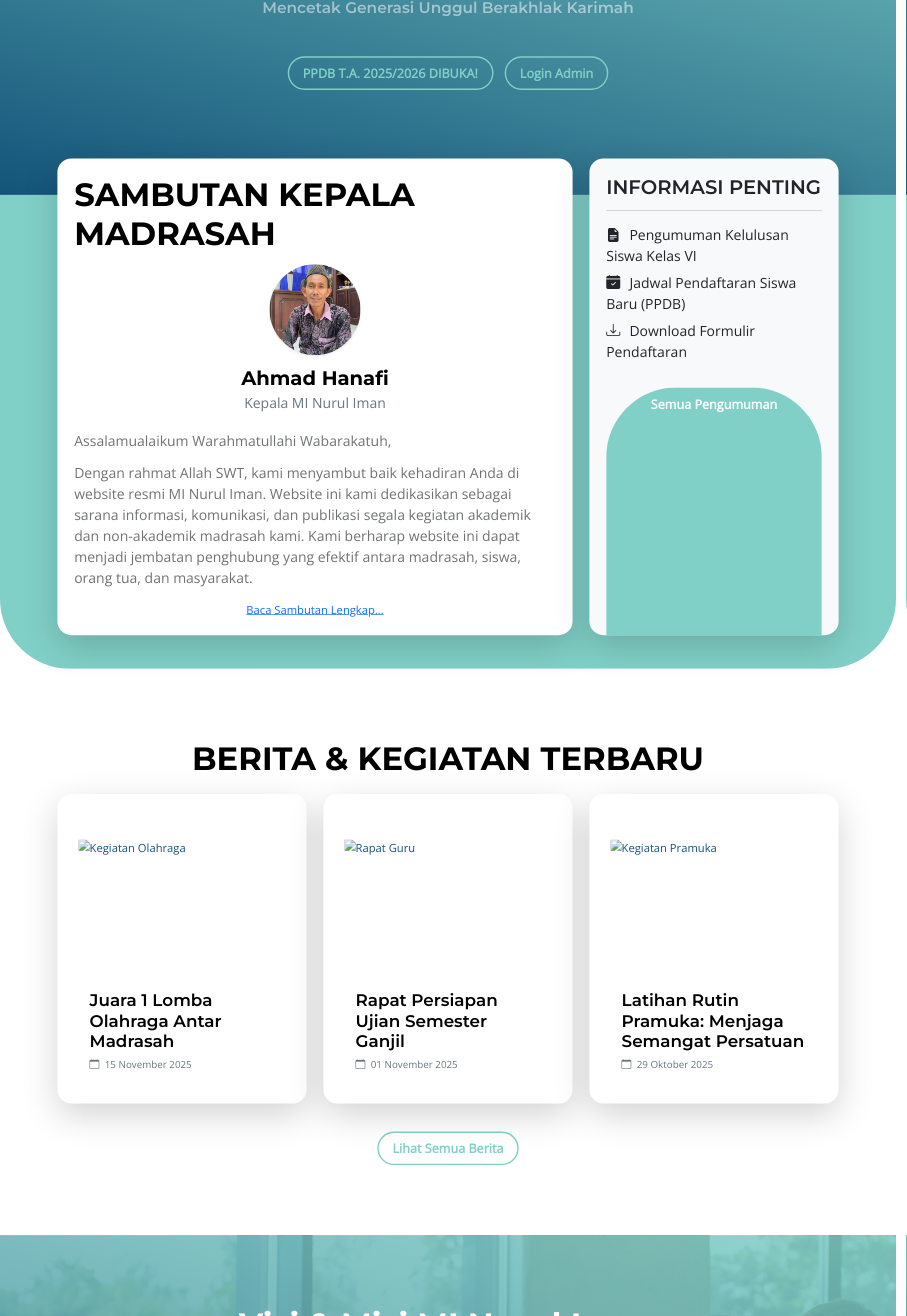
Repository: MKennyChaniago/sekolah-mi-nurul-iman
Page: resources/views/home.blade.php
The author's editor kept a copy of each file at every save. The page is drawn from the files as they stood at one save, then again after the next save.
The browser window is 1280 px wide. The page is 1295 px wide, so the pictures cover 1295 px, including what lies to the right of the window. The pictures show the part of the page from y = 349 to 2229 px (the page is 4651 px tall before and 4524 px after), at 70% of full size.
The page is served by the project's Laravel application, run on PHP 8.4 with Laravel 12. Other server files are loaded and not shown. The template is opened directly, without the code that normally fills it, so the values that code supplies are empty.

Above is the page before, as saved 2025-12-16 01:31:26.
Console error: TypeError: Cannot read properties of undefined (reading 'top')

### routes/web.php
<?php

use Illuminate\Support\Facades\Route;
use App\Http\Controllers\HomeController;
use App\Http\Controllers\Auth\LoginController;
use App\Http\Controllers\Admin\DashboardController;
// ... import controller lainnya ...
use App\Http\Controllers\Admin\BeritaController;
use App\Http\Controllers\Admin\GuruController;
use App\Http\Controllers\Admin\SiswaController;
use App\Http\Controllers\Admin\GaleriController;
use App\Http\Controllers\Admin\ProfilController;
use App\Http\Controllers\Admin\AkademikController;
use App\Http\Controllers\Admin\KesiswaanController;

/*
|--------------------------------------------------------------------------
| A. JALUR OTENTIKASI
|--------------------------------------------------------------------------
*/
// PERBAIKAN: Hapus "->middleware('guest')" dari sini!
Route::get('login', [LoginController::class, 'showLoginForm'])->name('login');

Route::post('login', [LoginController::class, 'login']);
Route::post('logout', [LoginController::class, 'logout'])->name('logout');


/*
|--------------------------------------------------------------------------
| B. JALUR FRONTEND (PUBLIK)
|--------------------------------------------------------------------------
*/
Route::get('/', [HomeController::class, 'index'])->name('home');

Route::prefix('profil')->group(function () {
    Route::get('/sejarah', [HomeController::class, 'sejarah'])->name('profil.sejarah');
    Route::get('/visi-misi', [HomeController::class, 'visiMisi'])->name('profil.visi_misi');
    Route::get('/struktur-organisasi', [HomeController::class, 'struktur'])->name('profil.struktur');
});

Route::get('/berita', [HomeController::class, 'berita'])->name('berita.listing');
Route::get('/berita/{slug}', [HomeController::class, 'detailBerita'])->name('berita.detail');
Route::get('/guru-staff', [HomeController::class, 'guru'])->name('akademik.guru_staff');
Route::get('/galeri', [HomeController::class, 'galeri'])->name('galeri');
Route::get('/kontak', [HomeController::class, 'kontak'])->name('kontak');
Route::get('/kesiswaan', [HomeController::class, 'kesiswaan'])->name('kesiswaan');
Route::get('/kurikulum', [HomeController::class, 'kurikulum'])->name('akademik.kurikulum');
Route::get('/produk-hukum', [HomeController::class, 'produkHukum'])->name('akademik.produk_hukum');

/*
|--------------------------------------------------------------------------
| C. JALUR BACKEND (ADMINISTRATOR)
|--------------------------------------------------------------------------
*/
Route::prefix('admin')->name('admin.')->middleware('auth')->group(function () {

    // Redirect /admin ke dashboard
    Route::get('/', function () {
        return redirect()->route('admin.dashboard');
    });

    Route::get('/dashboard', [DashboardController::class, 'index'])->name('dashboard');

    // Resource Routes
    Route::resource('berita', BeritaController::class);
    Route::resource('guru', GuruController::class);
    Route::resource('galeri', GaleriController::class);

    // Custom Routes
    Route::get('/siswa', [SiswaController::class, 'index'])->name('siswa.index');

    Route::get('/sejarah', [ProfilController::class, 'editSejarah'])->name('sejarah');
    Route::put('/sejarah', [ProfilController::class, 'updateSejarah'])->name('sejarah.update');

    Route::get('/visi-misi', [ProfilController::class, 'editVisiMisi'])->name('visimisi');
    Route::put('/visi-misi', [ProfilController::class, 'updateVisiMisi'])->name('visimisi.update');

    Route::get('/struktur', [ProfilController::class, 'editStruktur'])->name('struktur');
    Route::put('/struktur', [ProfilController::class, 'updateStruktur'])->name('struktur.update');

    Route::get('/kurikulum', [AkademikController::class, 'kurikulum'])->name('kurikulum.index');
    Route::get('/produk-hukum', [AkademikController::class, 'produkHukum'])->name('produk_hukum.index');
    Route::get('/ekstrakurikuler', [KesiswaanController::class, 'ekskul'])->name('ekstrakurikuler.index');
    Route::get('/program-unggulan', [KesiswaanController::class, 'program'])->name('program.index');
});

### resources/views/home.blade.php
@extends('layouts.frontend')

@section('title', 'Beranda')

@section('content')

    <section class="hero-section d-flex justify-content-center align-items-center" id="section_1">
        <div class="container">
            <div class="row">
                <div class="col-lg-8 col-12 mx-auto">

                    <h1 class="text-white text-center">MADRASAH HEBAT BERMARTABAT</h1>
                    <h4 class="text-white text-center">SELAMAT DATANG DI MI NURUL IMAN</h4>
                    <h6 class="text-center text-white-50 mt-3">Mencetak Generasi Unggul Berakhlak Karimah</h6>

                    <form method="get" class="custom-form mt-4 pt-2 mb-lg-0 mb-3" action="#" role="search">
                        </form>

                    <div class="text-center mt-4 d-flex justify-content-center flex-wrap">
                        <a href="{{ route('kontak') }}" class="btn btn-warning custom-btn custom-border-btn me-lg-3 mb-2 mb-lg-0">PPDB T.A. 2025/2026 DIBUKA!</a>
                        <a href="{{ route('login') }}" class="btn custom-btn custom-border-btn">Login Admin</a>
                    </div>
                </div>
            </div>
        </div>
    </section>

    <section class="featured-section py-5">
        <div class="container">
            <div class="row justify-content-center">

                <div class="col-lg-8 col-12 mb-4 mb-lg-0">
                    <div class="custom-block bg-white shadow-lg p-4">
                        <h2 class="mb-3">SAMBUTAN KEPALA MADRASAH</h2>
                        <div class="text-center mb-4">
                            <img src="{{ asset('images/kepala/kepala-madrasah.jpeg') }}"
                                class="rounded-circle shadow-sm mb-3"
                                style="width:130px;height:130px;object-fit:cover;"
                                alt="Kepala Madrasah">

                            <h4 class="fw-bold mb-1">Ahmad Hanafi</h4>
                            <p class="text-muted mb-0">Kepala MI Nurul Iman</p>
                        </div>

                        <p>Assalamualaikum Warahmatullahi Wabarakatuh,</p>
                        <p>Dengan rahmat Allah SWT, kami menyambut baik kehadiran Anda di website resmi MI Nurul Iman. Website ini kami dedikasikan sebagai sarana informasi, komunikasi, dan publikasi segala kegiatan akademik dan non-akademik madrasah kami. Kami berharap website ini dapat menjadi jembatan penghubung yang efektif antara madrasah, siswa, orang tua, dan masyarakat.</p>
                        <a href="#" class="btn btn-link p-0">Baca Sambutan Lengkap...</a>
                    </div>
                </div>

                <div class="col-lg-4 col-12">
                    <div class="custom-block custom-block-overlay p-4 bg-light shadow-lg">
                        <h4 class="mb-3 text-dark">INFORMASI PENTING</h4>
                        <hr>
                        <ul class="list-unstyled">
                             <li><a href="#" class="text-dark d-block py-1"><i class="bi-file-earmark-text-fill me-2"></i> Pengumuman Kelulusan Siswa Kelas VI</a></li>
                             <li><a href="#" class="text-dark d-block py-1"><i class="bi-calendar-check-fill me-2"></i> Jadwal Pendaftaran Siswa Baru (PPDB)</a></li>
                             <li><a href="#" class="text-dark d-block py-1"><i class="bi-download me-2"></i> Download Formulir Pendaftaran</a></li>
                        </ul>
                        <a href="#" class="btn custom-btn btn-sm mt-3">Semua Pengumuman</a>
                    </div>
                </div>

            </div>
        </div>
    </section>

    <section class="explore-section section-padding bg-white" id="berita-artikel">
        <div class="container">
            <div class="row">
                <div class="col-12 text-center">
                    <h2 class="mb-4">BERITA & KEGIATAN TERBARU</h2>
                </div>
            </div>
        </div>

        <div class="container">
            <div class="row">
                <div class="col-12">
                    <div class="row">
                        <div class="col-lg-4 col-md-6 col-12 mb-4">
                            <div class="custom-block bg-white shadow-lg">
                                <a href="#">
                                    <img src="{{ asset('images/berita/kegiatan-olahraga.jpg') }}" class="custom-block-image img-fluid" alt="Kegiatan Olahraga">
                                    <div class="d-flex p-3">
                                        <div>
                                            <h5 class="mb-2">Juara 1 Lomba Olahraga Antar Madrasah</h5>
                                            <p class="mb-0 text-muted small"><i class="bi-calendar me-1"></i> 15 November 2025</p>
                                        </div>
                                    </div>
                                </a>
                            </div>
                        </div>
                        <div class="col-lg-4 col-md-6 col-12 mb-4">
                            <div class="custom-block bg-white shadow-lg">
                                <a href="#">
                                    <img src="{{ asset('images/berita/rapat-guru.jpg') }}" class="custom-block-image img-fluid" alt="Rapat Guru">
                                    <div class="d-flex p-3">
                                        <div>
                                            <h5 class="mb-2">Rapat Persiapan Ujian Semester Ganjil</h5>
                                            <p class="mb-0 text-muted small"><i class="bi-calendar me-1"></i> 01 November 2025</p>
                                        </div>
                                    </div>
                                </a>
                            </div>
                        </div>
                        <div class="col-lg-4 col-md-6 col-12 mb-4">
                            <div class="custom-block bg-white shadow-lg">
                                <a href="#">
                                    <img src="{{ asset('images/berita/pramuka.jpg') }}" class="custom-block-image img-fluid" alt="Kegiatan Pramuka">
                                    <div class="d-flex p-3">
                                        <div>
                                            <h5 class="mb-2">Latihan Rutin Pramuka: Menjaga Semangat Persatuan</h5>
                                            <p class="mb-0 text-muted small"><i class="bi-calendar me-1"></i> 29 Oktober 2025</p>
                                        </div>
                                    </div>
                                </a>
                            </div>
                        </div>

                        <div class="col-12 text-center mt-3">
                             <a href="#" class="btn custom-btn custom-border-btn">Lihat Semua Berita</a>
                        </div>
                    </div>
                </div>
            </div>
        </div>
    </section>

    <section class="timeline-section section-padding" id="visi-misi">
        <div class="section-overlay"></div>
        <div class="container">
            <div class="row">
                <div class="col-12 text-center">
                    <h2 class="text-white mb-4">Visi & Misi MI Nurul Iman</h1>
                </div>

                <div class="col-lg-10 col-12 mx-auto">
                    <div class="timeline-container">
                        <ul class="vertical-scrollable-timeline" id="vertical-scrollable-timeline">
                            <div class="list-progress">
                                <div class="inner"></div>
                            </div>

                            <li>
                                <h4 class="text-white mb-3">Visi Madrasah</h4>
                                <p class="text-white">Menjadi madrasah unggul yang melahirkan generasi cerdas, mandiri, dan berakhlak mulia di era digital.</p>
                                <div class="icon-holder">
                                  <i class="bi-brightness-high"></i>
                                </div>
                            </li>

                            <li>
                                <h4 class="text-white mb-3">Misi 1: Keunggulan Akademik</h4>
                                <p class="text-white">Meningkatkan mutu pembelajaran berbasis teknologi untuk mencapai prestasi akademik yang optimal.</p>
                                <div class="icon-holder">
                                  <i class="bi-book"></i>
                                </div>
                            </li>

                            <li>
                                <h4 class="text-white mb-3">Misi 2: Pembentukan Karakter</h4>
                                <p class="text-white">Membentuk peserta didik yang berkarakter islami, memiliki kedisiplinan tinggi, dan bertanggung jawab terhadap lingkungan.</p>
                                <div class="icon-holder">
                                  <i class="bi-people-fill"></i>
                                </div>
                            </li>
                        </ul>
                    </div>
                </div>

                <div class="col-12 text-center mt-5">
                    <a href="#" class="btn custom-btn custom-border-btn ms-3">Lihat Profil Lengkap</a>
                </div>
            </div>
        </div>
    </section>

    <section class="faq-section section-padding" id="galeri">
        <div class="container">
            <div class="row">
                <div class="col-lg-12 col-12 text-center">
                    <h2 class="mb-5">GALERI KEGIATAN</h2>
                </div>

                <div class="col-lg-4 col-md-6 col-12 mb-4">
                    <img src="{{ asset('images/galeri/foto1.jpg') }}" class="img-fluid rounded shadow-sm" alt="Galeri 1">
                </div>
                <div class="col-lg-4 col-md-6 col-12 mb-4">
                    <img src="{{ asset('images/galeri/foto2.jpg') }}" class="img-fluid rounded shadow-sm" alt="Galeri 2">
                </div>
                <div class="col-lg-4 col-md-6 col-12 mb-4">
                    <img src="{{ asset('images/galeri/foto3.jpg') }}" class="img-fluid rounded shadow-sm" alt="Galeri 3">
                </div>

                <div class="col-12 text-center mt-3">
                     <a href="#" class="btn custom-btn custom-border-btn">Lihat Semua Foto & Video</a>
                </div>

            </div>
        </div>
    </section>


    <section class="contact-section section-padding section-bg" id="contact-section">
        <div class="container">
            <div class="row">
                <div class="col-lg-12 col-12 text-center">
                    <h2 class="mb-5">HUBUNGI KAMI</h2>
                </div>

                <div class="col-lg-5 col-12 mb-4 mb-lg-0">
                    <iframe class="google-map" src="https://maps.google.com/maps?q=Nama%20Sekolah%20Anda&t=&z=13&ie=UTF8&iwloc=&output=embed" width="100%" height="350" style="border:0;" allowfullscreen="" loading="lazy" referrerpolicy="no-referrer-when-downgrade"></iframe>
                </div>

                <div class="col-lg-7 col-12 ms-auto">
                    <h4 class="mb-3">MI NURUL IMAN</h4>

                    <p class="d-flex align-items-center mb-2">
                        <i class="bi-geo-alt me-2"></i>
                        Jl. Nama Jalan Sekolah Anda No. XXX, Kota Anda
                    </p>

                    <p class="d-flex align-items-center mb-2">
                        <i class="bi-telephone me-2"></i>
                        <a href="tel:1234567890" class="site-footer-link">123-456-7890 (Telepon Kantor)</a>
                    </p>

                    <p class="d-flex align-items-center mb-2">
                        <i class="bi-envelope me-2"></i>
                        <a href="mailto:info@minuruliman.sch.id" class="site-footer-link">info@minuruliman.sch.id</a>
                    </p>

                    <h4 class="mt-4 mb-3">Media Sosial</h4>
                    <ul class="social-icon">
                        <li class="social-icon-item"><a href="#" class="social-icon-link bi-facebook"></a></li>
                        <li class="social-icon-item"><a href="#" class="social-icon-link bi-twitter"></a></li>
                        <li class="social-icon-item"><a href="#" class="social-icon-link bi-instagram"></a></li>
                        <li class="social-icon-item"><a href="#" class="social-icon-link bi-youtube"></a></li>
                    </ul>
                </div>
            </div>
        </div>
    </section>

@endsection

Loaded but not shown: app/Providers/AppServiceProvider.php (common file); public/css/bootstrap.min.css (library); public/css/bootstrap-icons.css (library); public/js/jquery.min.js (library); public/js/bootstrap.bundle.min.js (library); public/js/jquery.sticky.js (library); public/js/custom.js (51 lines, source omitted); public/js/click-scroll.js (37 lines, source omitted); public/css/templatemo-topic-listing.css (1201 lines, source omitted); resources/views/layouts/frontend.blade.php (159 lines, source omitted)

After the next save:
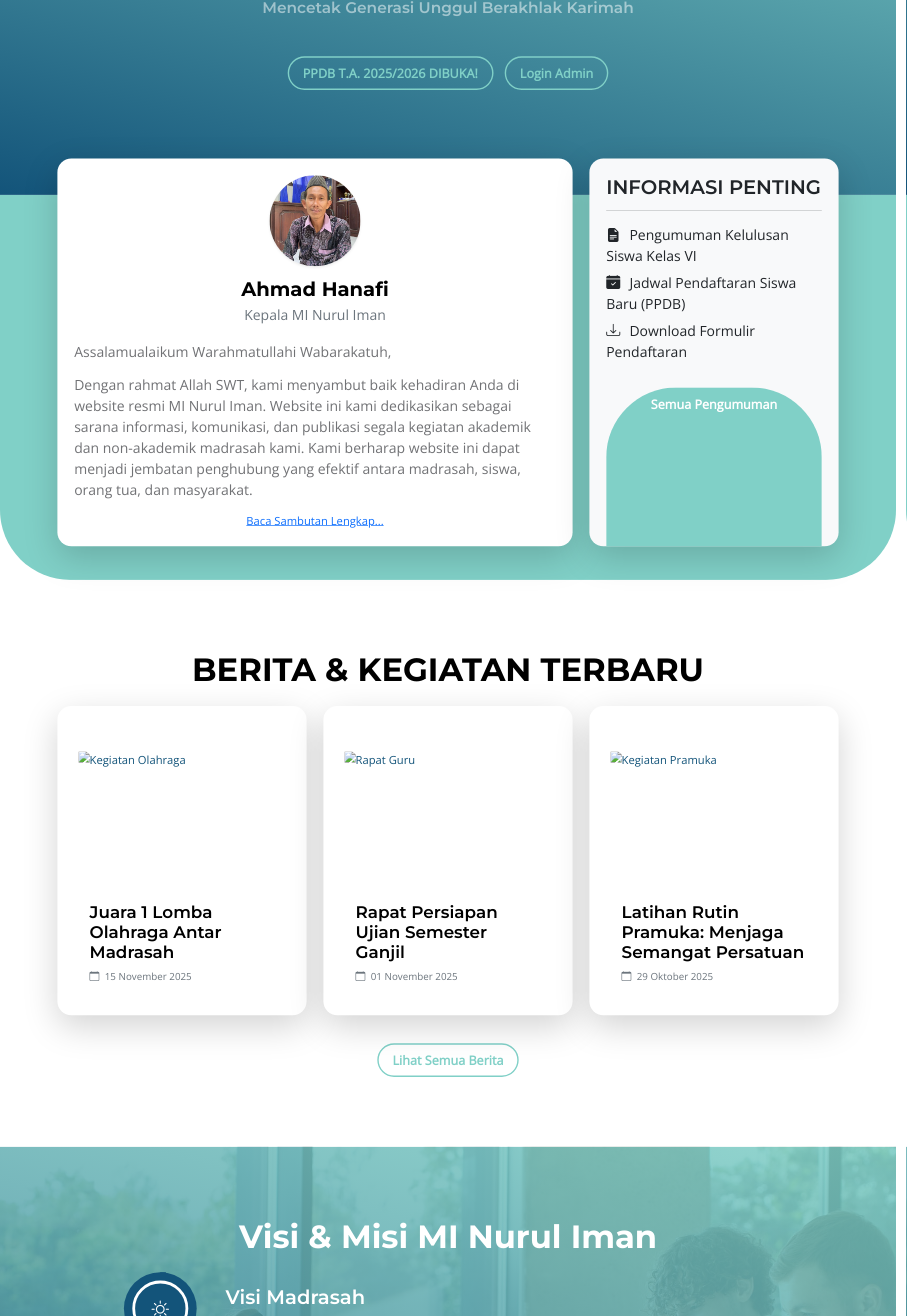
Saved 26 s later.
--- a/resources/views/home.blade.php
+++ b/resources/views/home.blade.php
@@ -31,7 +31,7 @@
 
                 <div class="col-lg-8 col-12 mb-4 mb-lg-0">
                     <div class="custom-block bg-white shadow-lg p-4">
-                        <h2 class="mb-3">SAMBUTAN KEPALA MADRASAH</h2>
+
                         <div class="text-center mb-4">
                             <img src="{{ asset('images/kepala/kepala-madrasah.jpeg') }}"
                                 class="rounded-circle shadow-sm mb-3"
